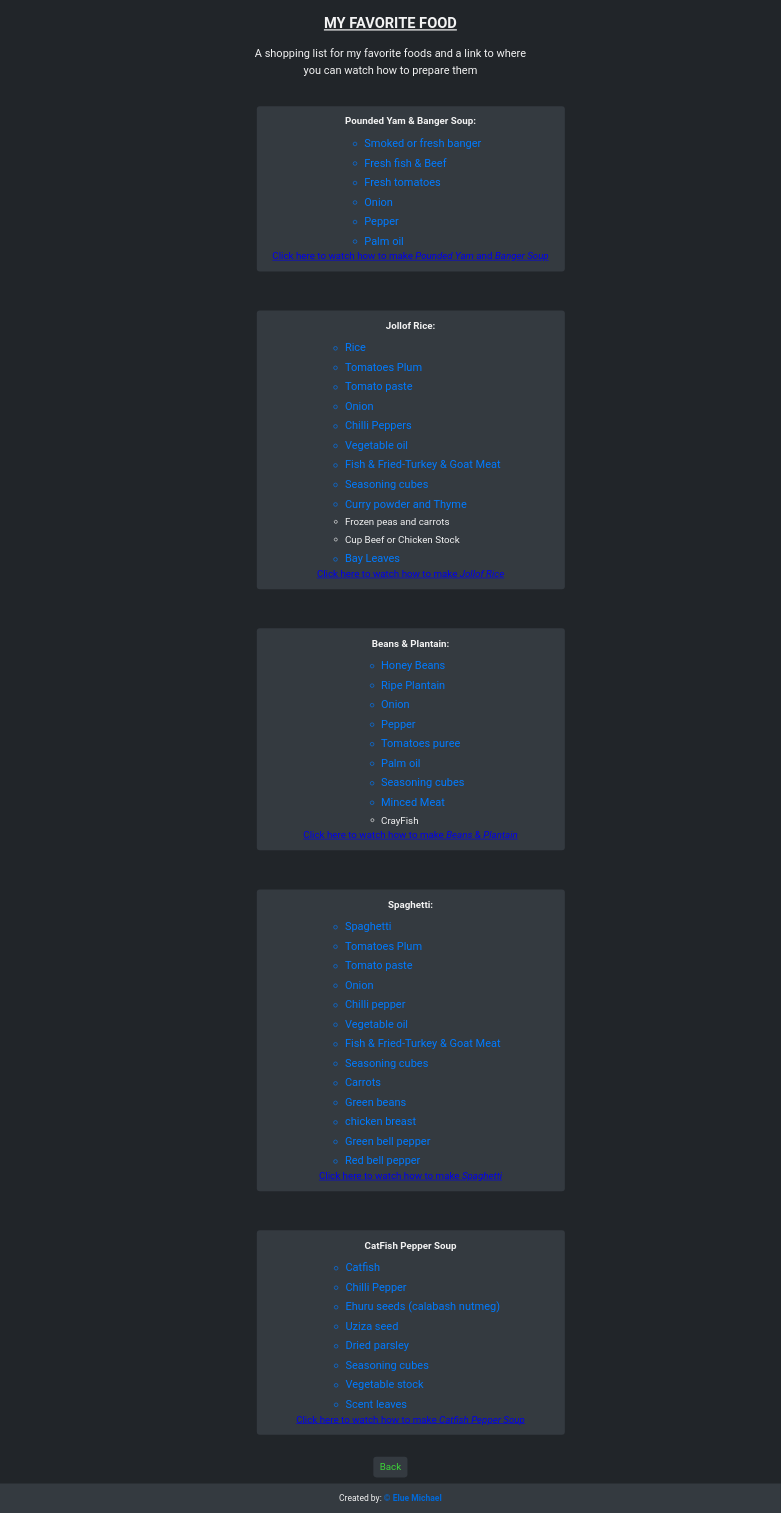
Repository: MikkyPrestige/html-website
Page: pages/food.html
An editor plug-in stored every save of this project. The page is shown before and after the next save, followed by the edit.
The browser window is 1280 px wide. The pictures show the whole page, at 61% of full size.

Above is the page before, as saved 2023-04-29 14:41:46.

### pages/food.html
<!DOCTYPE html>
<html lang="en">

<head>
  <meta charset="UTF-8">
  <meta http-equiv="X-UA-Compatible" content="IE=edge">
  <meta name="viewport" content="width=device-width, initial-scale=1.0">
  <title>Food</title>
  <link rel="stylesheet" href="../index.css">
</head>

<body>
  <main class="main">
    <section class="section">
      <div class="fav">
        <h1 class="fav-heading"><u>My favorite food</u></h1>
        <p class="fav-subheading">A shopping list for my favorite foods and a link to where you can watch how to prepare
          them</p>
      </div>
      <ol class="lists">
        <li class="food-list"><strong>Pounded Yam & Banger Soup:</strong>
          <ul class="food-lists">
            <li class="food-item">Smoked or fresh banger</li>
            <li class="food-item">Fresh fish & Beef</li>
            <li class="food-item">Fresh tomatoes</li>
            <li class="food-item">Onion</li>
            <li class="food-item">Pepper</li>
            <li class="food-item">Palm oil</li>
          </ul>
          <a href="https://www.youtube.com/watch?v=iiAYMcQz1eA" target="_blank" class="food-link">Click here to watch
            how to make
            <em>Pounded
              Yam</em>
            and <em>Banger Soup</em></a>
        </li>
        <div>&nbsp;</div>
        <li class="food-list"><strong>Jollof Rice:</strong>
          <ul class="food-lists">
            <li class="food-item">Rice</li>
            <li class="food-item">Tomatoes Plum</li>
            <li class="food-item">Tomato paste</li>
            <li class="food-item">Onion</li>
            <li class="food-item">Chilli Peppers</li>
            <li class="food-item">Vegetable oil</li>
            <li class="food-item">Fish & Fried-Turkey & Goat Meat</li>
            <li class="food-item">Seasoning cubes</li>
            <li class="food-item">Curry powder and Thyme</li>
            <li>Frozen peas and carrots</li>
            <li>Cup Beef or Chicken Stock</li>
            <li class="food-item">Bay Leaves</li>
          </ul>
          <a href="https://www.youtube.com/watch?v=z4tNAyRdo70" target="_blank" class="food-link">Click here to watch
            how to make
            <em>Jollof
              Rice</em></a>
        </li>
        <div>&nbsp;</div>
        <li class="food-list"><strong>Beans & Plantain:</strong>
          <ul class="food-lists">
            <li class="food-item">Honey Beans</li>
            <li class="food-item">Ripe Plantain</li>
            <li class="food-item">Onion</li>
            <li class="food-item">Pepper</li>
            <li class="food-item">Tomatoes puree</li>
            <li class="food-item">Palm oil</li>
            <li class="food-item">Seasoning cubes</li>
            <li class="food-item">Minced Meat</li>
            <li>CrayFish</li>
          </ul>
          <a href="https://www.youtube.com/watch?v=27Ioybrq1TY" target="_blank" class="food-link">Click here to watch
            how to make
            <em>Beans</em> & <em>Plantain</em></a>
        </li>
        <div>&nbsp;</div>
        <li class="food-list"><strong>Spaghetti:</strong>
          <ul class="food-lists">
            <li class="food-item">Spaghetti</li>
            <li class="food-item">Tomatoes Plum</li>
            <li class="food-item">Tomato paste</li>
            <li class="food-item">Onion</li>
            <li class="food-item">Chilli pepper</li>
            <li class="food-item">Vegetable oil</li>
            <li class="food-item">Fish & Fried-Turkey & Goat Meat</li>
            <li class="food-item">Seasoning cubes</li>
            <li class="food-item">Carrots</li>
            <li class="food-item">Green beans</li>
            <li class="food-item">chicken breast</li>
            <li class="food-item">Green bell pepper</li>
            <li class="food-item">Red bell pepper</li>
          </ul>
          <a href="https://www.youtube.com/watch?v=PoNZSSqjRvo" target="_blank" class="food-link">Click here to watch
            how to make
            <em>Spaghetti</em></a>
        </li>
        <div>&nbsp;</div>
        <li class="food-list"><strong>CatFish Pepper Soup</strong>
          <ul class="food-lists">
            <li class="food-item">Catfish</li>
            <li class="food-item">Chilli Pepper</li>
            <li class="food-item">Ehuru seeds (calabash nutmeg)</li>
            <li class="food-item">Uziza seed</li>
            <li class="food-item">Dried parsley</li>
            <li class="food-item">Seasoning cubes</li>
            <li class="food-item">Vegetable stock</li>
            <li class="food-item">Scent leaves</li>
          </ul>
          <a href="https://www.youtube.com/watch?v=PV-L4kaWrAI" target="_blank" class="food-link">Click here to watch
            how to make
            <em>Catfish
              Pepper Soup</em></a>
        </li>
      </ol>
      <div class="back">
        <a href="../index.html" class="back-link">Back</a>
      </div>
    </section>
    <footer class="footer">
      <p class="footer-text">Created by: <a href="#" target="_blank" class="footer-link">
          &copy; <strong>Elue Michael</strong>
        </a>
      </p>
    </footer>
  </main>
</body>

</html>

### index.css
body {
  background-color: #212529;
  font-family: 'Roboto', sans-serif;
  font-size: 16px;
  font-weight: 400;
  line-height: 1.5;
  color: #f3f3f3;
  text-align: left;
  margin: 0;
  padding: 0;
  width: 100%;
  height: 100vh;
}

.main {
  display: flex;
  flex-direction: column;
  justify-content: space-between;
  align-items: center;
  height: 100%;
}

.section {
  display: flex;
  flex-direction: column;
  justify-content: center;
  align-items: center;
  width: 100%;
}

.btn {
  background-color: #007bff;
  padding: 5px;
  border-radius: 5px;
  transition: all .15s ease-in-out;
  border: none;
  outline: none;
  margin: -20px 0 50px 0;
}

.btn:hover {
  background-color: #0069d9;
}

.btn-link {
  color: #f3f3f3;
  font-size: 14px;
  text-decoration: none;
  cursor: pointer;
}

.section1 {
  display: flex;
  flex-direction: column;
  justify-content: center;
  align-items: center;
}

.section1-header {
  font-size: 24px;
  font-weight: 700;
  margin-bottom: 5px;
  text-transform: uppercase;
}

.section1-content {
  display: flex;
  justify-content: space-around;
  align-items: center;
  width: 100%;
}

.section1-text {
  font-size: 18px;
  font-weight: 400;
}

.section1-link,
.section1-link:link,
.section1-link:visited {
  color: #0069d9;
  text-decoration: none;
  cursor: pointer;
}

.section1-link:hover {
  text-decoration: underline;
  color: #f3f3f3;
}

/* BOOKS CSS */
.fav {
  display: flex;
  flex-direction: column;
  justify-content: center;
  align-items: center;
}

.fav-heading {
  font-size: 24px;
  font-weight: 700;
  margin-bottom: 0px;
  text-transform: uppercase;
}

.fav-subheading {
  font-size: 18px;
  font-weight: 400;
  margin-bottom: 30px;
  width: 65%;
  text-align: center;
}

.books-lists {
  display: flex;
  flex-direction: column;
  justify-content: center;
  align-items: center;
  gap: 20px;
  list-style: none;
}

.books-item {
  width: 100%;
  max-width: 500px;
  padding: 13px;
  border-radius: 5px;
  background-color: #343a40;
}

.books-item:hover {
  background-color: #212529;
}

.books-link,
.books-link:link,
.books-link:visited {
  color: #f3f3f3;
  text-decoration: none;
  cursor: pointer;
}

.books-link:hover {
  text-decoration: underline;
}

.lists {
  display: flex;
  flex-direction: column;
  justify-content: center;
  gap: 20px;
  list-style: none;
}

.movie-list {
  display: flex;
  justify-content: space-between;
  align-items: center;
  width: 100%;
  max-width: 500px;
  padding: 13px;
  border-radius: 5px;
  background-color: #343a40;
}

.movie-list:hover {
  background-color: #212529;
}

.list--lists {
  display: flex;
  flex-direction: column;
  justify-content: center;
  gap: 5px;
}

.movie-link,
.movie-link:link,
.movie-link:visited {
  color: #f3f3f3;
  text-decoration: none;
  cursor: pointer;
}

.movie-link:hover {
  text-decoration: underline;
}

.game-lists {
  display: flex;
  flex-direction: column;
  justify-content: center;
  gap: 20px;
  list-style: none;
}

.game-list {
  display: flex;
  justify-content: space-between;
  align-items: center;
  width: 100%;
  max-width: 500px;
  padding: 13px;
  border-radius: 5px;
  background-color: #343a40;
}

.game-list:hover {
  background-color: #212529;
}

.game-link,
.game-link:link,
.game-link:visited {
  color: #f3f3f3;
  text-decoration: none;
  cursor: pointer;
}

.game-link:hover {
  text-decoration: underline;
}

.food-list {
  display: flex;
  flex-direction: column;
  justify-content: center;
  align-items: center;
  width: 100%;
  max-width: 500px;
  padding: 13px;
  border-radius: 5px;
  background-color: #343a40;
}

.food-lists {
  display: flex;
  flex-direction: column;
  justify-content: center;
  gap: 5px;
  margin-top: 10px;
}

.food-item {
  color:#007bff;
  font-size: 18px;
}

.place-list {
  display: flex;
  flex-direction: column;
  justify-content: center;
  align-items: center;
  width: 100%;
  max-width: 500px;
  padding: 13px;
  border-radius: 5px;
  background-color: #343a40;
}

.place-list:hover {
  background-color: #212529;
}

.place-lists {
  display: flex;
  flex-direction: column;
  justify-content: center;
  gap: 5px;
}

.place-link,
.place-link:link,
.place-link:visited {
  color: #0069d9;
  text-decoration: none;
  cursor: pointer;
}

.place-link:hover {
  text-decoration: underline;
  color: #f3f3f3;
}

.back {
  margin: 20px 0 10px 0;
  padding: 5px 10px;
  border-radius: 5px;
  background-color: #343a40;
}

.back:hover {
  background-color: #212529;
}

.back-link,
.back-link:link,
.back-link:visited {
  color: #3dd638;
  text-decoration: none;
  cursor: pointer;
}

.back-link:hover {
  text-decoration: underline;
}

.footer {
  display: flex;
  justify-content: center;
  align-items: center;
  width: 100%;
  height: 50px;
  background-color: #343a40;
}

.footer-text {
  font-size: 14px;
  font-weight: 400;
  color: #f3f3f3;
}

.footer-link,
.footer-link:link,
.footer-link:visited {
  color: #0069d9;
  text-decoration: none;
  cursor: pointer;
}

After the next save:
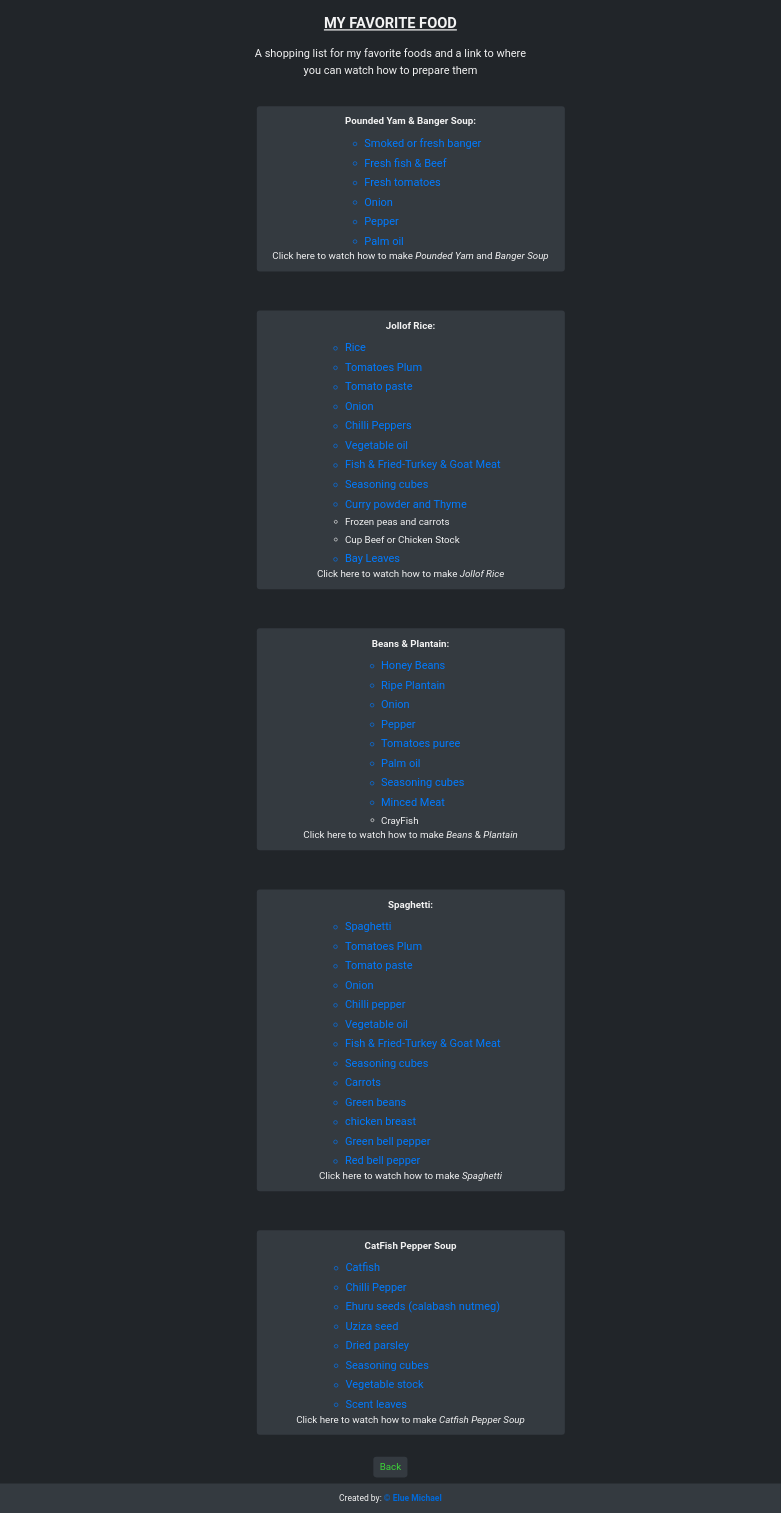
Saved 18 s later.
--- a/index.css
+++ b/index.css
@@ -246,6 +246,12 @@
   font-size: 18px;
 }
 
+.food-link {
+  color: #f3f3f3;
+  text-decoration: none;
+  cursor: pointer;
+}
+
 .place-list {
   display: flex;
   flex-direction: column;
